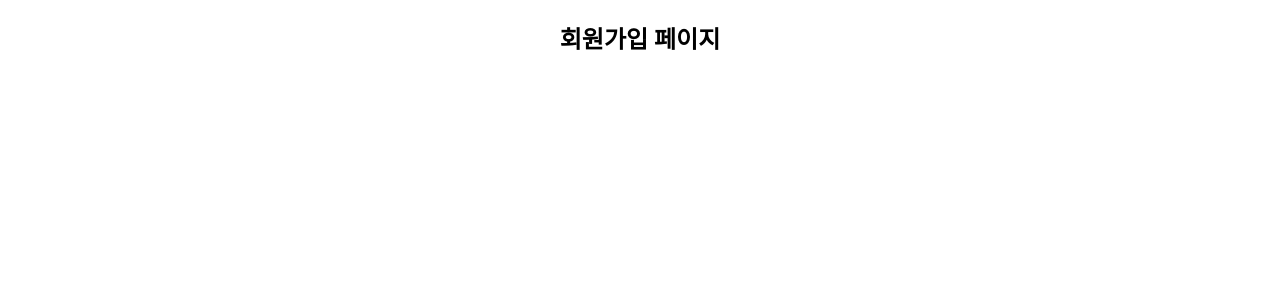
Repository: Served01/Project2_2209
Page: http://localhost/bookReviewProgram/bkInsertform.jsp
These files come from the project's save history. The page is drawn as it stood at one moment and after the next save; the edit follows.
The browser window is 1280 px wide. The pictures show the whole page.
The page is served by Tomcat 9. Other server files are loaded and not shown.

Above is the page before, as saved 2022-09-22 07:49:57.

### bookReviewProgram/src/main/webapp/bkInsertform.jsp
<%@ page language="java" contentType="text/html; charset=UTF-8"
    pageEncoding="UTF-8"%>
<!DOCTYPE html>
<html>
<head>
<meta charset="UTF-8">
<title>책 정보 입력 페이지</title>
</head>
<body>
<h2 align = "center">회원가입 페이지</h2>

<form action

</body>
</html>

After the next save:
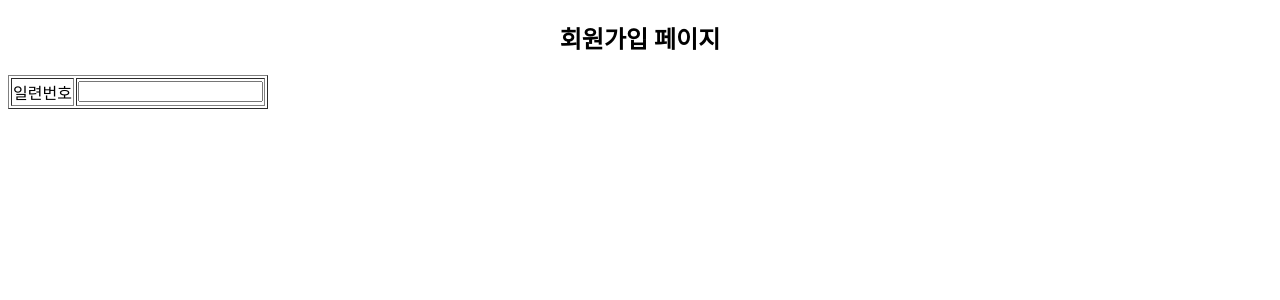
Saved 4 s later.
--- a/bookReviewProgram/src/main/webapp/bkInsertform.jsp
+++ b/bookReviewProgram/src/main/webapp/bkInsertform.jsp
@@ -9,7 +9,13 @@
 <body>
 <h2 align = "center">회원가입 페이지</h2>
 
-<form action
+<form action="bkInsertPro.jsp" method="post">
+<table border="1">
+	<tr align = "center">
+		<td>일련번호</td>
+		<td><input type="text" name="bk_number">
+</table>
+</form>
 
 </body>
 </html>
